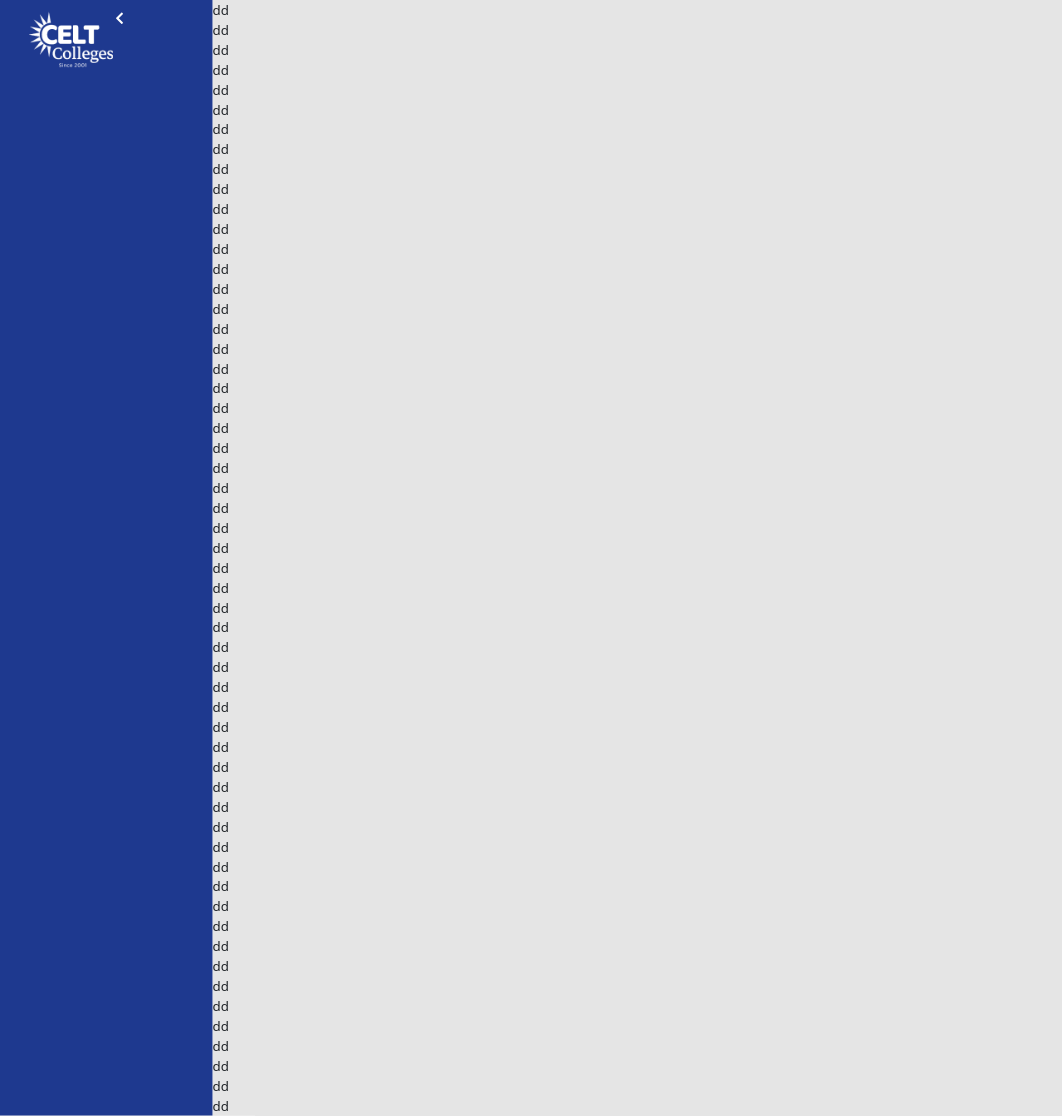
Repository: aydinws/celtapp
Page: /
The author's editor kept a copy of each file at every save. The page is drawn from the files as they stood at one save, then again after the next save.
The browser window is 1280 px wide. The pictures show the whole page, at 83% of full size.
The project was rebuilt for these pictures with package versions that can differ from the ones it lists, and the page was loaded fresh each time.

Above is the page before, as saved 2021-06-07 21:04:45.

### src/App.js
import React from 'react';

// files
import './assets/css/app.scss';

// pages
import Dashboard from './pages/Dashboard';

// npm modules
import 'bootstrap/dist/css/bootstrap.css';
import { BrowserRouter as Router, Switch, Route } from "react-router-dom";


function App() {
  return (
    <Router>
      <Switch>
        <Route path="/" exact component={Dashboard} />
      </Switch>
    </Router>
  );
}

export default App;

### src/assets/css/app.scss
@import 'code';

body {
    height: 100vh;
}

.app {
    height: 100%;
    display: flex;

    .content {
        flex: 1;
        background-color: $bgColor;
    }
}

### src/pages/Dashboard/index.js
import React from 'react';

// components
import Sidebar from '../../components/SideBar';

function Dashboard() {
    return (
        <div className="app">
            <Sidebar />

            <div className="content">
                dd <br />
                dd <br />
                dd <br />
                dd <br />
                dd <br />
                dd <br />
                dd <br />
                dd <br />
                dd <br />
                dd <br />
                dd <br />
                dd <br />
                dd <br />
                dd <br />
                dd <br />
                dd <br />
                dd <br />
                dd <br />
                dd <br />
                dd <br />
                dd <br />
                dd <br />
                dd <br />
                dd <br />
                dd <br />
                dd <br />
                dd <br />
                dd <br />
                dd <br />
                dd <br />
                dd <br />
                dd <br />
                dd <br />
                dd <br />
                dd <br />
                dd <br />
                dd <br />
                dd <br />
                dd <br />
                dd <br />
                dd <br />
                dd <br />
                dd <br />
                dd <br />
                dd <br />
                dd <br />
                dd <br />
                dd <br />
                dd <br />
                dd <br />
                dd <br />
                dd <br />
                dd <br />
                dd <br />
                dd <br />
                dd <br />
            </div>
        </div>
    );
}

export default Dashboard;

### src/assets/css/code.scss
* {
    padding: 0;
    margin: 0;
}

$bgColor: #E5E5E5;
$mainBlue: #1E398F;

### src/components/SideBar/index.js
import React from 'react';
import './index.scss';

// icons
import { FaChevronLeft } from "react-icons/fa";

// images
import Logo from '../../assets/images/logo.png';

function Sidebar() {
    return (
        <div className="side-bar">
            <div className="side-bar-content">
                <div className="side-bar-content-header">
                    <img src={Logo} alt="Logo" />
                    <FaChevronLeft />
                </div>
            </div>
        </div>
    );
}

export default Sidebar;

### src/components/SideBar/index.scss
@import '../../assets/css/code.scss';

.side-bar {
    width: 256px;
    background-color: $mainBlue;
    position: relative;

    .side-bar-content {
        position: fixed;
    }

    .side-bar-content-header {
        display: flex;
        justify-content: space-between;
        padding: 14px 35px;

        svg {
            fill: #FFFFFF;
        }
    }
}

Loaded but not shown: public/index.html (common file); src/index.js (common file)

After the next save:
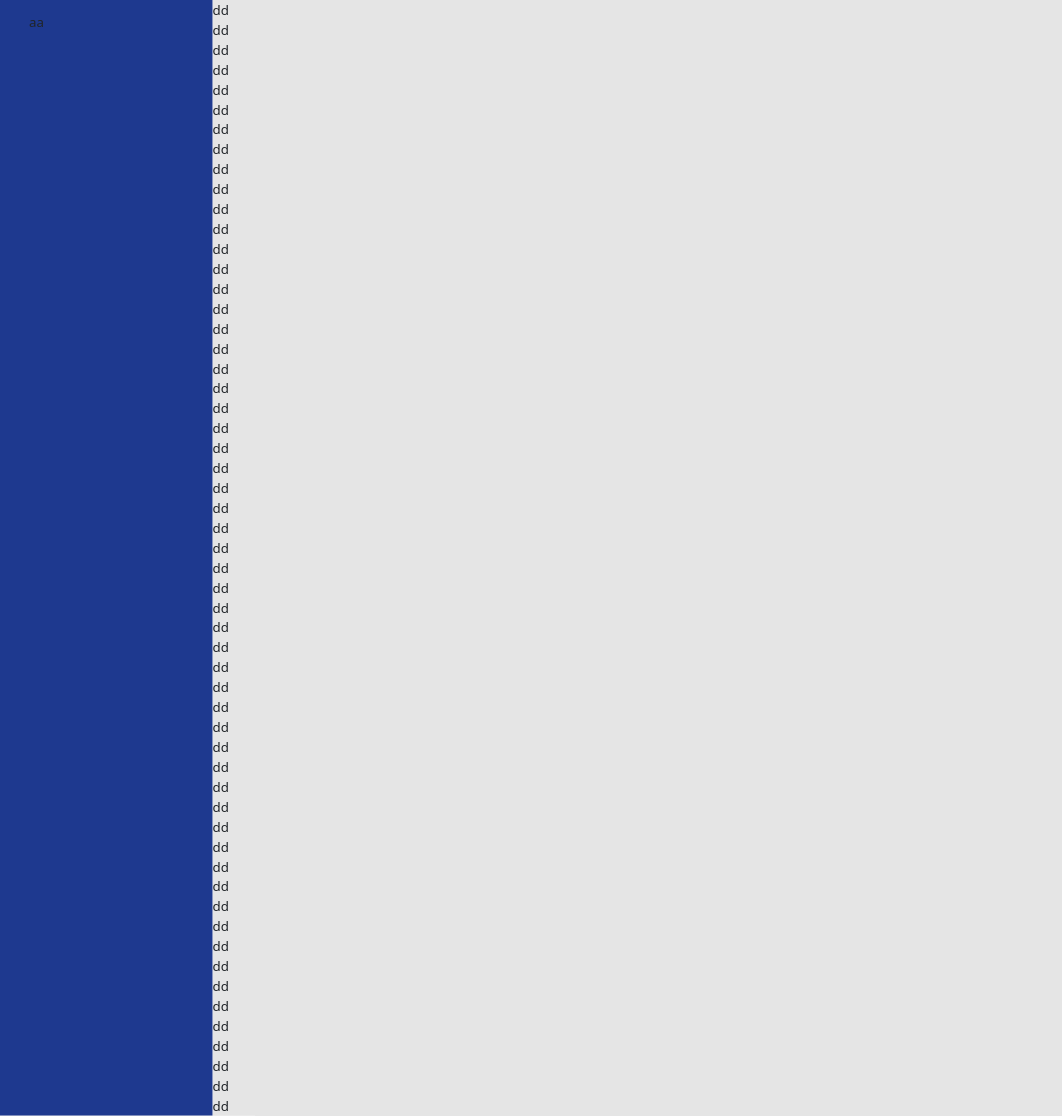
Saved 34 s later.
--- a/src/components/SideBar/index.js
+++ b/src/components/SideBar/index.js
@@ -12,8 +12,10 @@
         <div className="side-bar">
             <div className="side-bar-content">
                 <div className="side-bar-content-header">
-                    <img src={Logo} alt="Logo" />
-                    <FaChevronLeft />
+                    <p>a</p>
+                    <p>a</p>
+                    {/* <img src={Logo} alt="Logo" />
+                    <FaChevronLeft /> */}
                 </div>
             </div>
         </div>
